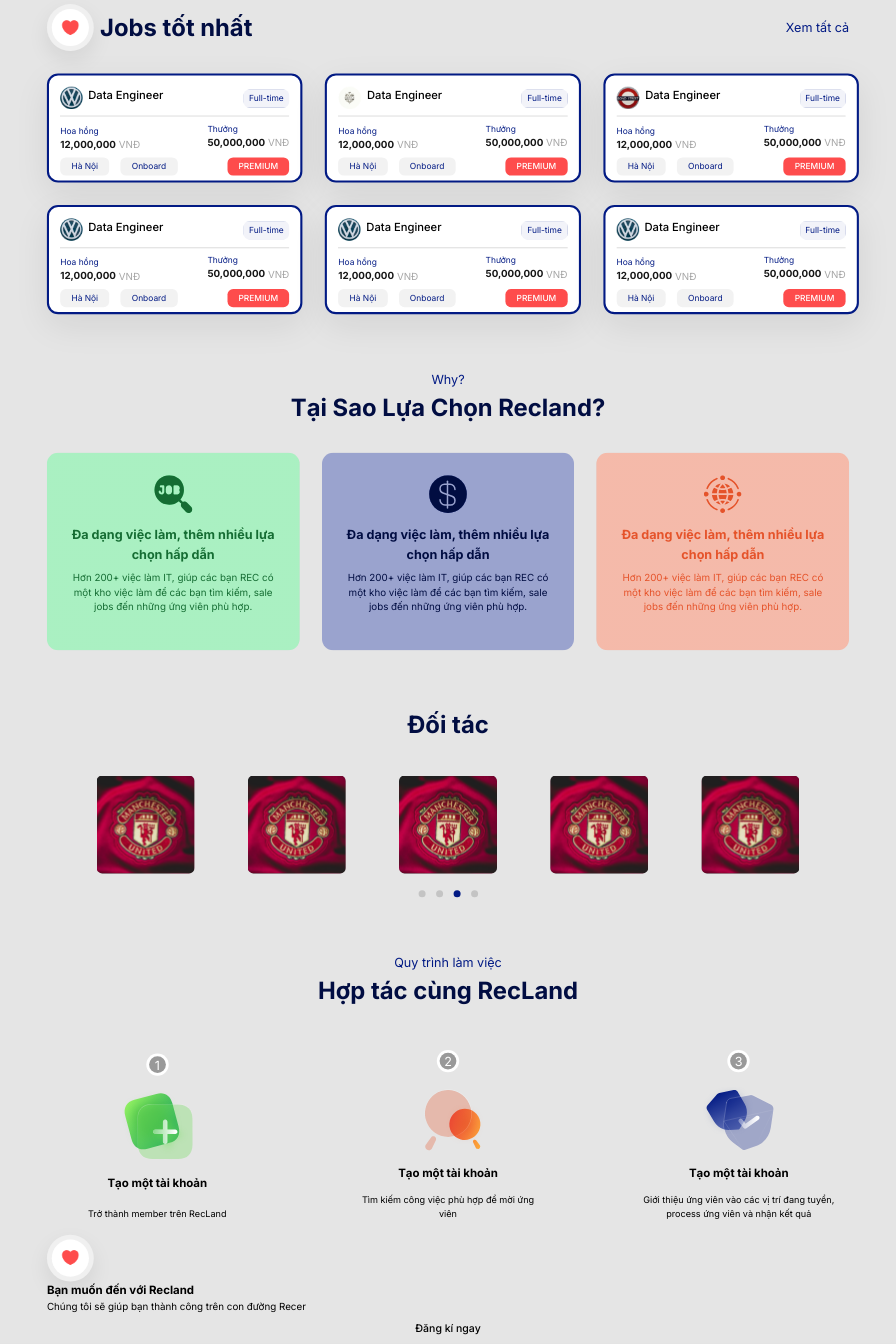
Repository: NguyenDucQuyen0507/Figma
Page: index.html
These files come from the project's save history. The page is drawn as it stood at one moment and after the next save; the edit follows.
The browser window is 1280 px wide. The pictures show the part of the page from y = 1227 to 3147 px (the page is 3147 px tall), at 70% of full size.
A picture or video elsewhere on the page could not be fetched, so the positions and the page height are approximate.

Above is the page before, as saved 2023-02-15 21:10:38.

After the next save:
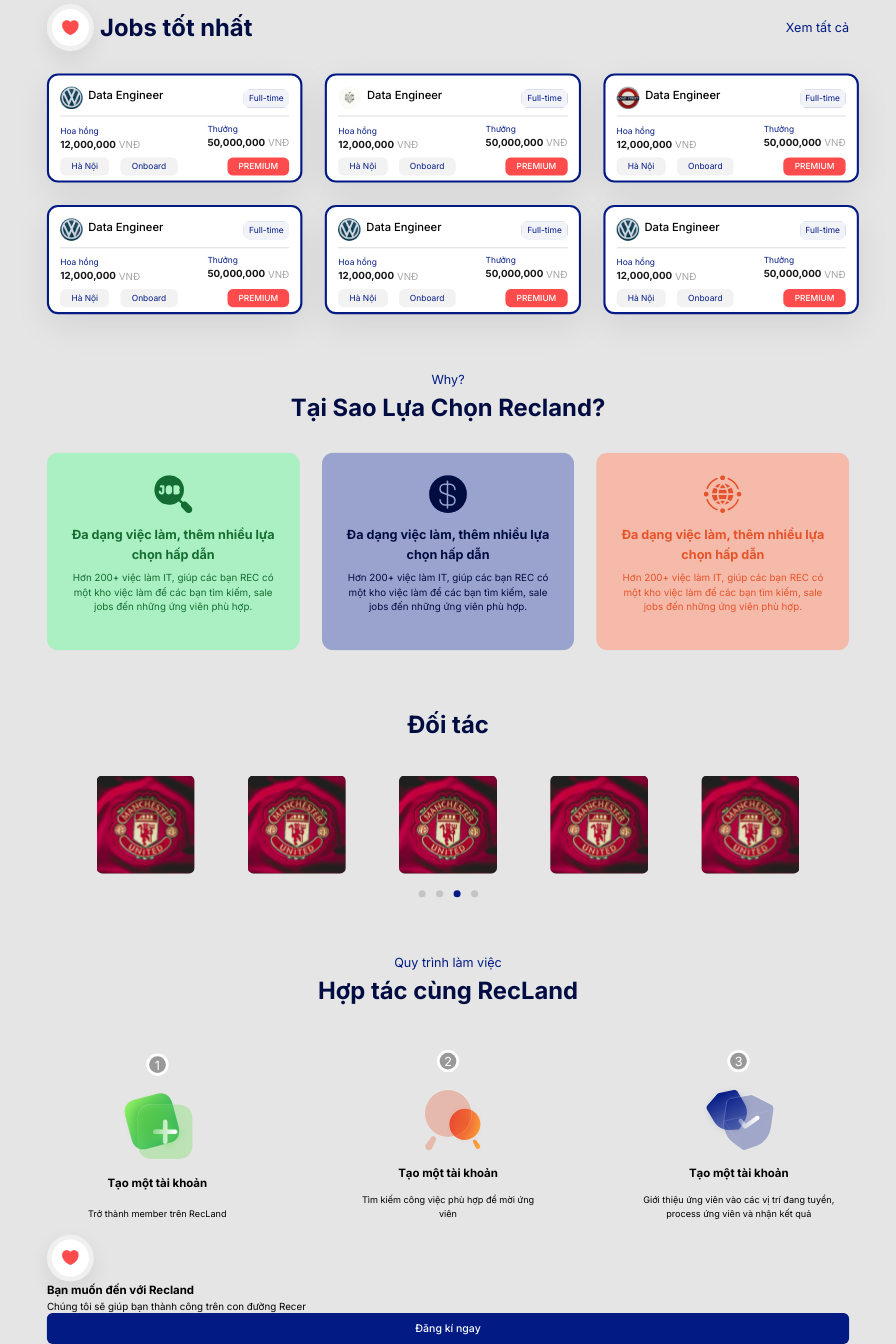
Saved 29 s later.
--- a/index.html
+++ b/index.html
@@ -496,7 +496,7 @@
           </p>
         </div>
         <div class="job-subbanerRight">
-          <a href="" class="button">Đăng kí ngay</a>
+          <a href="" class="button btn--dangnhap">Đăng kí ngay</a>
         </div>
       </div>
       <!-- end Subbanner -->
